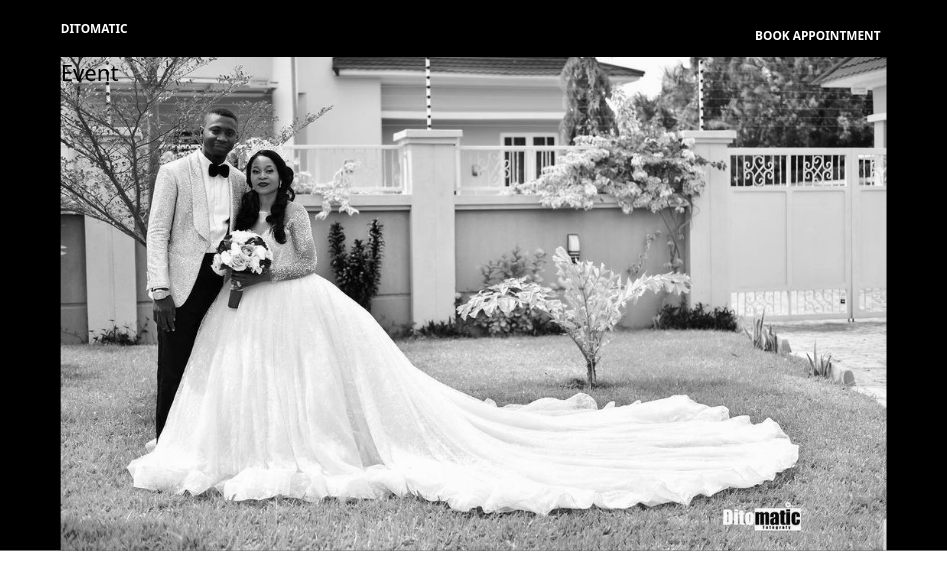
Repository: latenightsnacc/Ditomatic-Demo
Page: ditomatic.html
The author's editor kept a copy of each file at every save. The page is drawn from the files as they stood at one save, then again after the next save.
The browser window is 1280 px wide. The pictures show the whole page, at 74% of full size.
Some web libraries are served in a nearby version.

Above is the page before, as saved 2021-02-23 18:51:01.
Console error: TypeError: Cannot read properties of null (reading 'addEventListener')

After the next save:
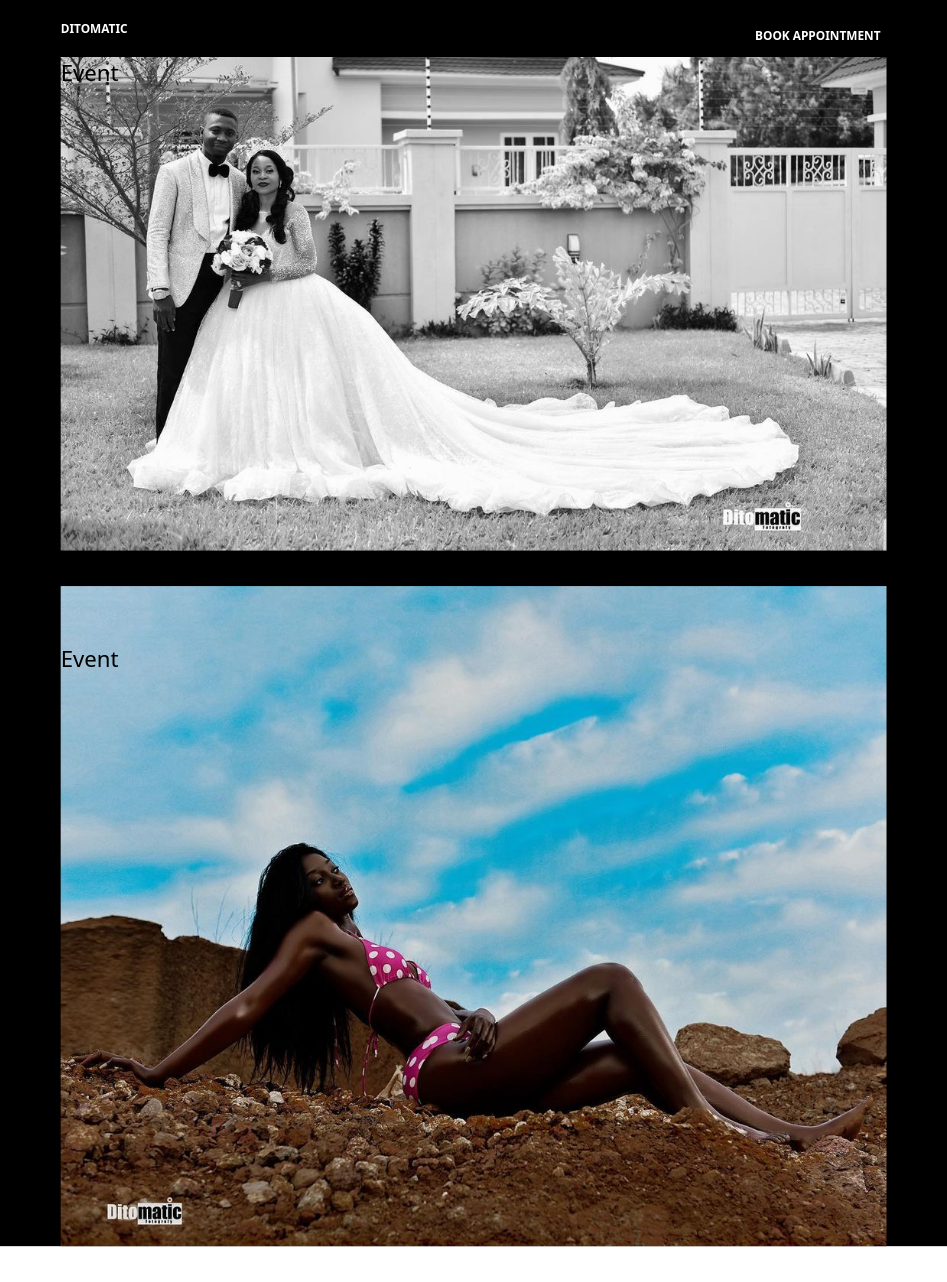
Saved 3 min 18 s later.
--- a/ditomatic.html
+++ b/ditomatic.html
@@ -51,6 +51,17 @@
         <div class="my-5"></div>
 
         <!--Lifestyle-->
+        <section class="">
+            <div class="container">
+                <div class="relative">
+                    <img src="images/Bikini.jpg" alt="" width="100%">
+
+                    <div class="absolute top-20 left-0">
+                        <div class="text-black text-3xl hover:font-black">Event</div>
+                    </div>
+                </div>
+            </div>
+        </section>
         <!--End of Lifestyle-->
         <div class="my-5"></div>
         <!--Fashion-->
